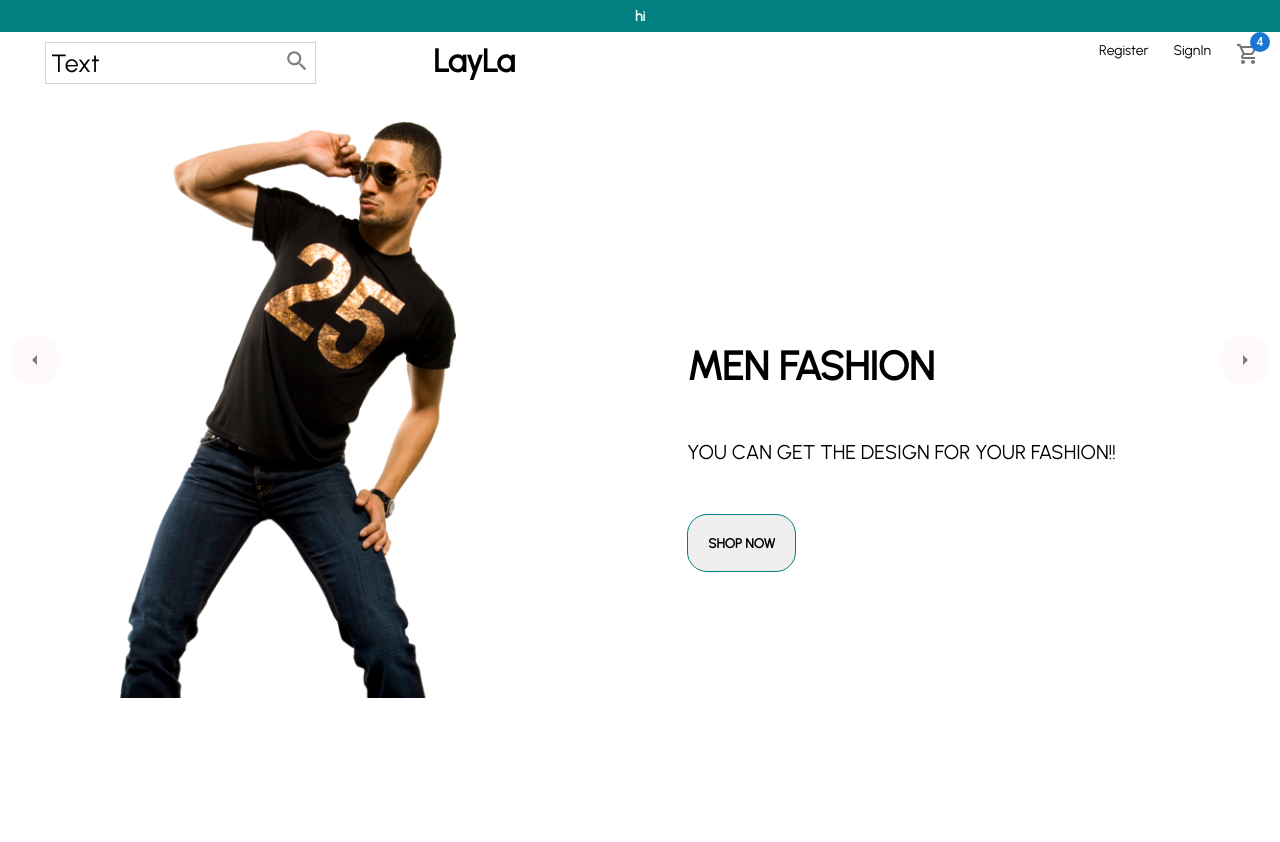
Repository: WaiMaungMaung/React_Ecom
Page: /
The author's editor kept a copy of each file at every save. The page is drawn from the files as they stood at one save, then again after the next save.
The browser window is 1280 px wide. The pictures show the whole page.
The project was rebuilt for these pictures with package versions that can differ from the ones it lists, and the page was loaded fresh each time.

Above is the page before, as saved 2022-05-06 13:53:11.

After the next save:
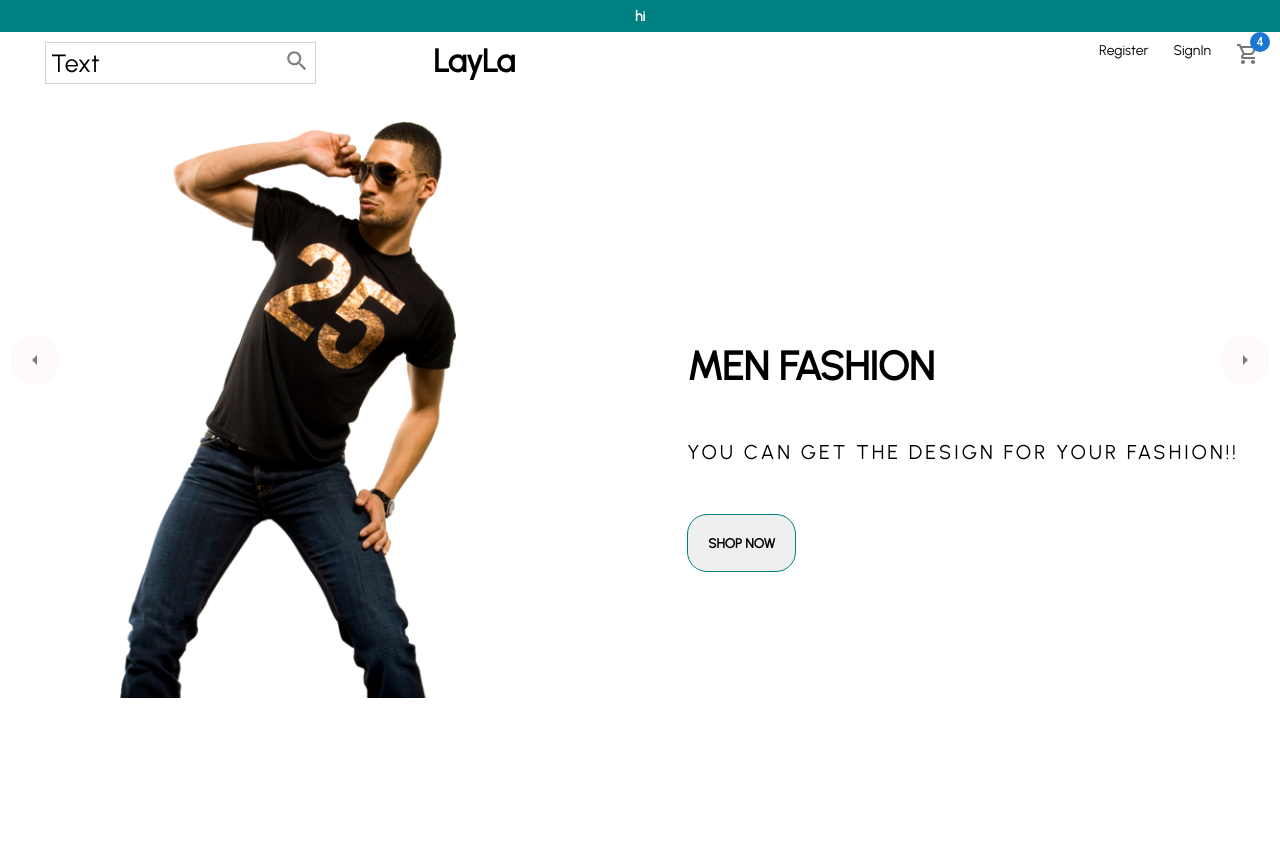
Saved 47 s later.
--- a/src/components/Slider.jsx
+++ b/src/components/Slider.jsx
@@ -55,6 +55,7 @@ const Desc = styled.p`
   margin: 50px 0;
   font-size: 20px;
   font-weight: 500;
+  letter-spacing: 3px;
 `;
 const Button = styled.button`
   padding: 20px;
